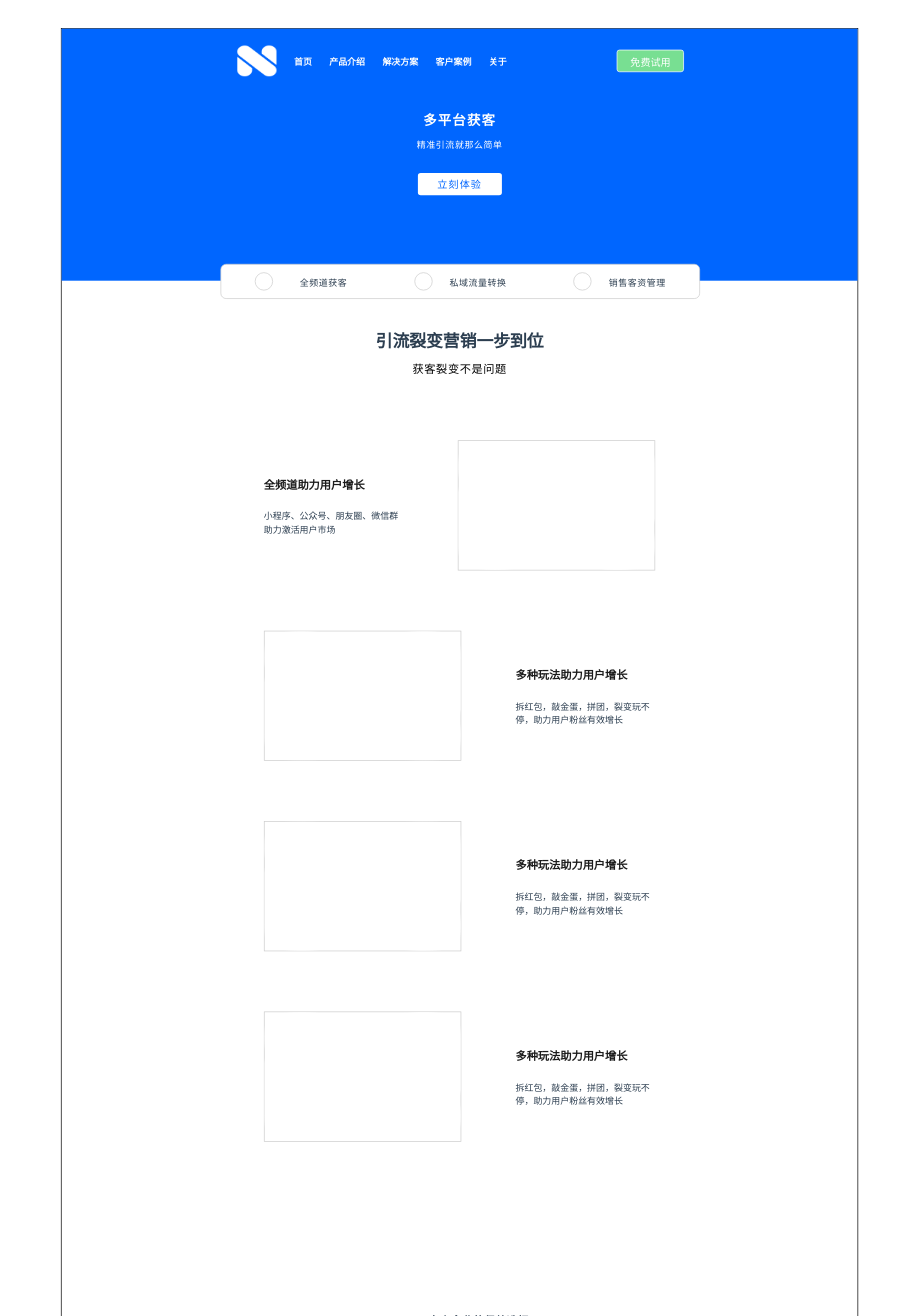
Repository: Alex-2020-0211/xrkj-guanwang
Page: /#/productintroduction (app in src/)
These files come from the project's save history. The page is drawn as it stood at one moment and after the next save; the edit follows.
The browser window is 1280 px wide. The page is 1300 px wide, so the pictures cover 1300 px, including what lies to the right of the window. The pictures show the part of the page from y = 0 to 1880 px (the page is 2577 px tall before and 2553 px after), at 70% of full size.
The project was rebuilt for these pictures with package versions that can differ from the ones it lists, and the page was loaded fresh each time. Also part of the build but not shown: src/src/components/Header.vue, src/src/views/Home.vue.

Above is the page before, as saved 2021-01-07 18:18:09.

After the next save:
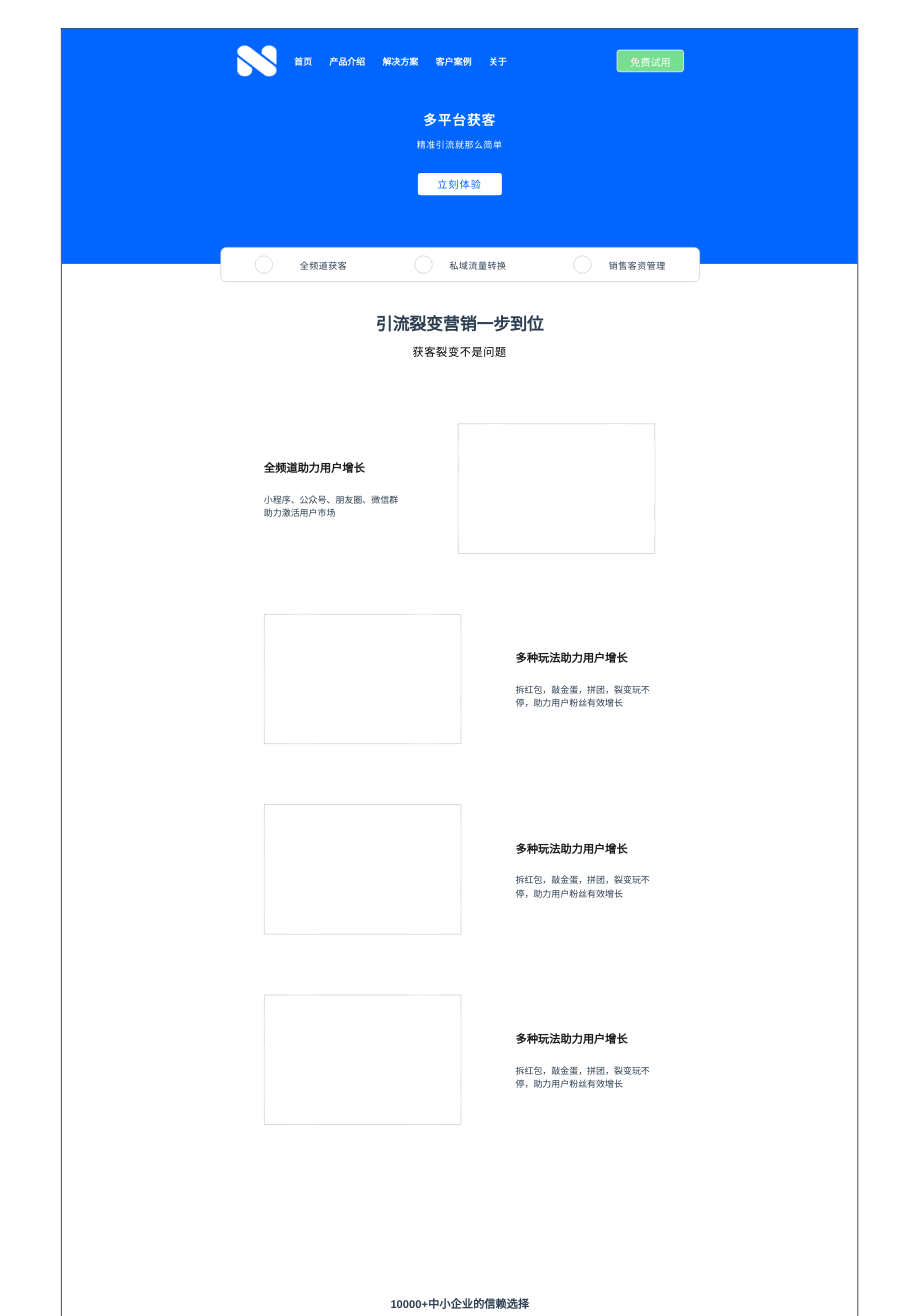
Saved 12 s later.
--- a/src/src/views/ProductIntroduction.vue
+++ b/src/src/views/ProductIntroduction.vue
@@ -139,7 +139,7 @@
     // 头部
     .header {
       width: 100%;
-      height: 4.5rem;
+      height: 4.2rem;
       color: #fff;
       background-color: #06f;
       .headerTop {
